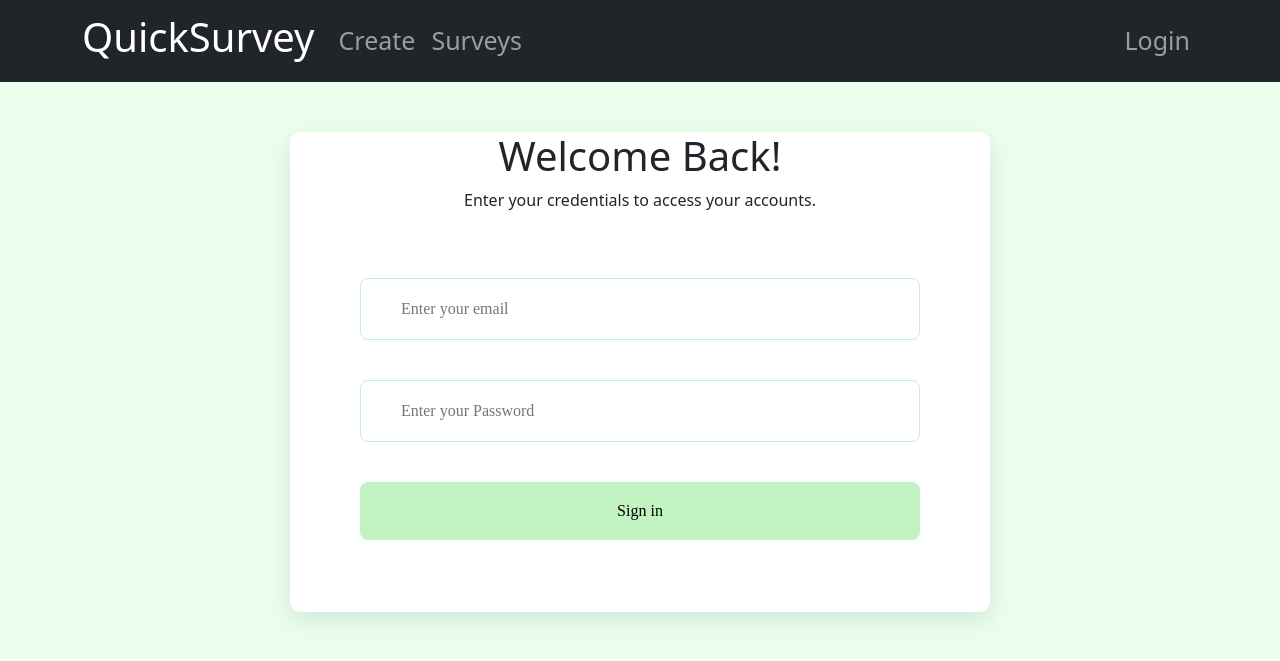
Repository: cakuang1/QuickSurveyReact
Page: /login
An editor plug-in stored every save of this project. The page is shown before and after a run of saves, followed by the edit.
The browser window is 1280 px wide. The pictures show the whole page.
The project was rebuilt for these pictures with package versions that can differ from the ones it lists, and the page was loaded fresh each time. Also part of the build but not shown: src/index.css, src/pages/home/home.js, src/pages/create/create.js, src/pages/pastsurveys/pastsurveys.js.

Above is the page before, as saved 2022-07-24 18:18:02.

After the next 2 saves:
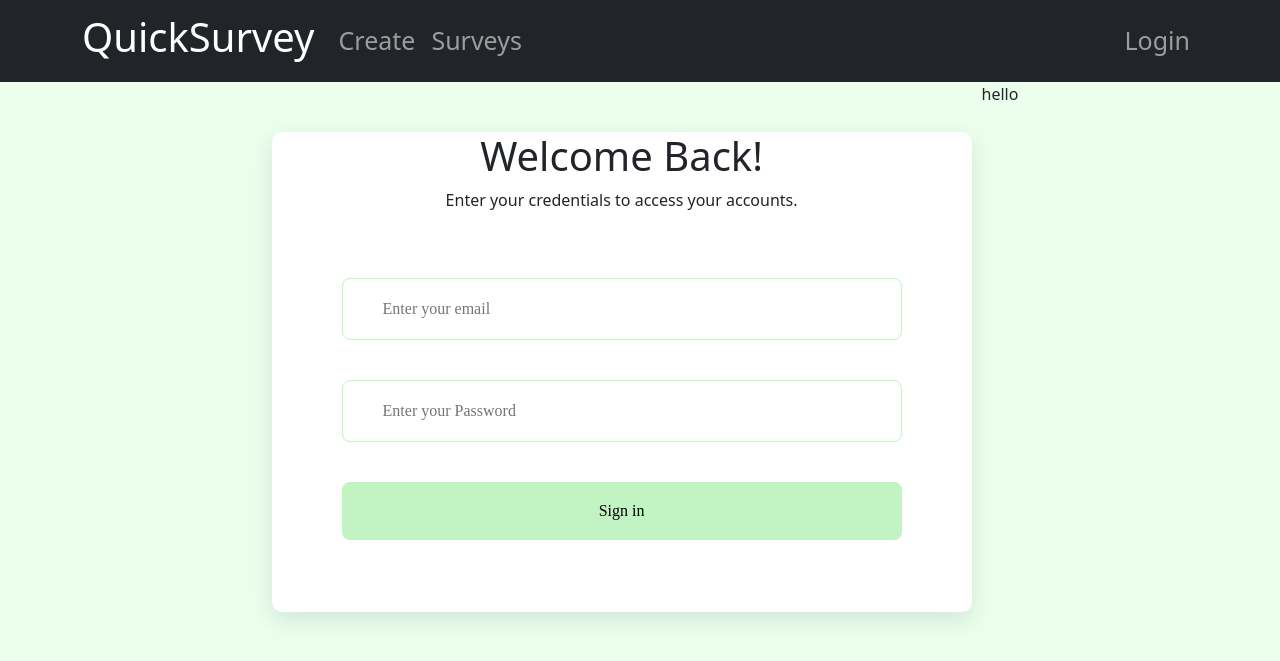
The 2 saves are shown as one change because they came seconds apart.
The last was saved 7 s later.
--- a/src/pages/login/login.js
+++ b/src/pages/login/login.js
@@ -37,7 +37,7 @@ function Login() {
                     <button type = "submit"> Sign in</button>
                 </form>
             </div>
-
+            <p>hello</p>
         </div>
     )
 
